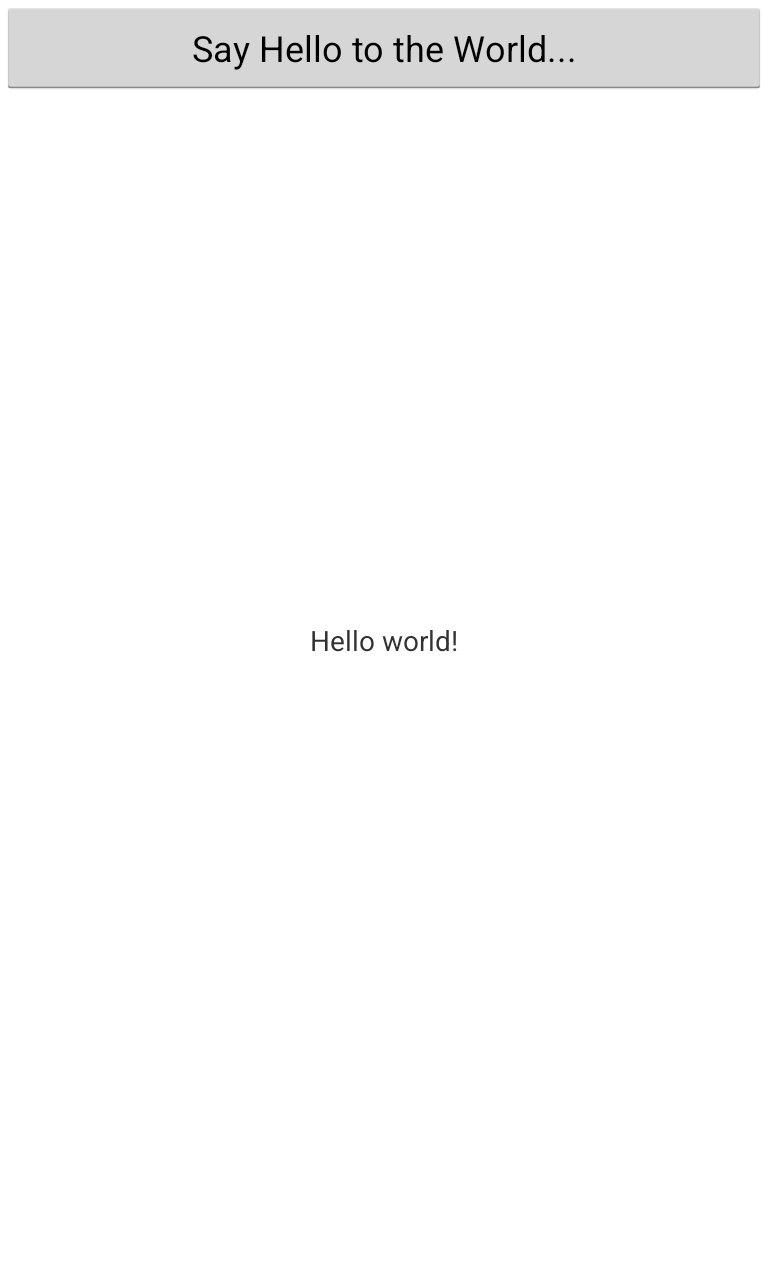
Repository: lnplnp/wifi-scheduler
Layout: WIFIScheduler/res/layout/activity_main.xml
An editor plug-in stored every save of this project. The layout is shown before and after the next save, followed by the edit.
It is drawn on a 768 x 1280 px phone screen (xhdpi) without system bars, with theme AppTheme; the app's code is not run.

Above is the layout before, as saved 2013-01-04 13:44:45.

### WIFIScheduler/res/layout/activity_main.xml
<RelativeLayout xmlns:android="http://schemas.android.com/apk/res/android"
    xmlns:tools="http://schemas.android.com/tools"
    android:layout_width="match_parent"
    android:layout_height="match_parent"
    tools:context=".MainActivity" >

    <TextView
        android:id="@+id/textViewHelloWorld"
        android:layout_width="wrap_content"
        android:layout_height="wrap_content"
        android:layout_centerHorizontal="true"
        android:layout_centerVertical="true"
        android:text="@string/hello_world" />

    <Button
        android:id="@+id/buttonSayHello"
        android:layout_width="wrap_content"
        android:layout_height="wrap_content"
        android:layout_alignParentLeft="true"
        android:layout_alignParentRight="true"
        android:layout_alignParentTop="true"
        android:text="@string/say_hello" />

</RelativeLayout>

### WIFIScheduler/res/values/strings.xml
<?xml version="1.0" encoding="utf-8"?>
<resources>

    <string name="app_name">WIFI Scheduler</string>
    <string name="hello_world">Hello world!</string>
    <string name="menu_settings">Settings</string>
    <string name="say_hello">Say Hello to the World...</string>

</resources>

Loaded but not shown: WIFIScheduler/res/values/styles.xml (common file); WIFIScheduler/res/values-v11/styles.xml (common file); WIFIScheduler/res/values-v14/styles.xml (common file)

After the next save:
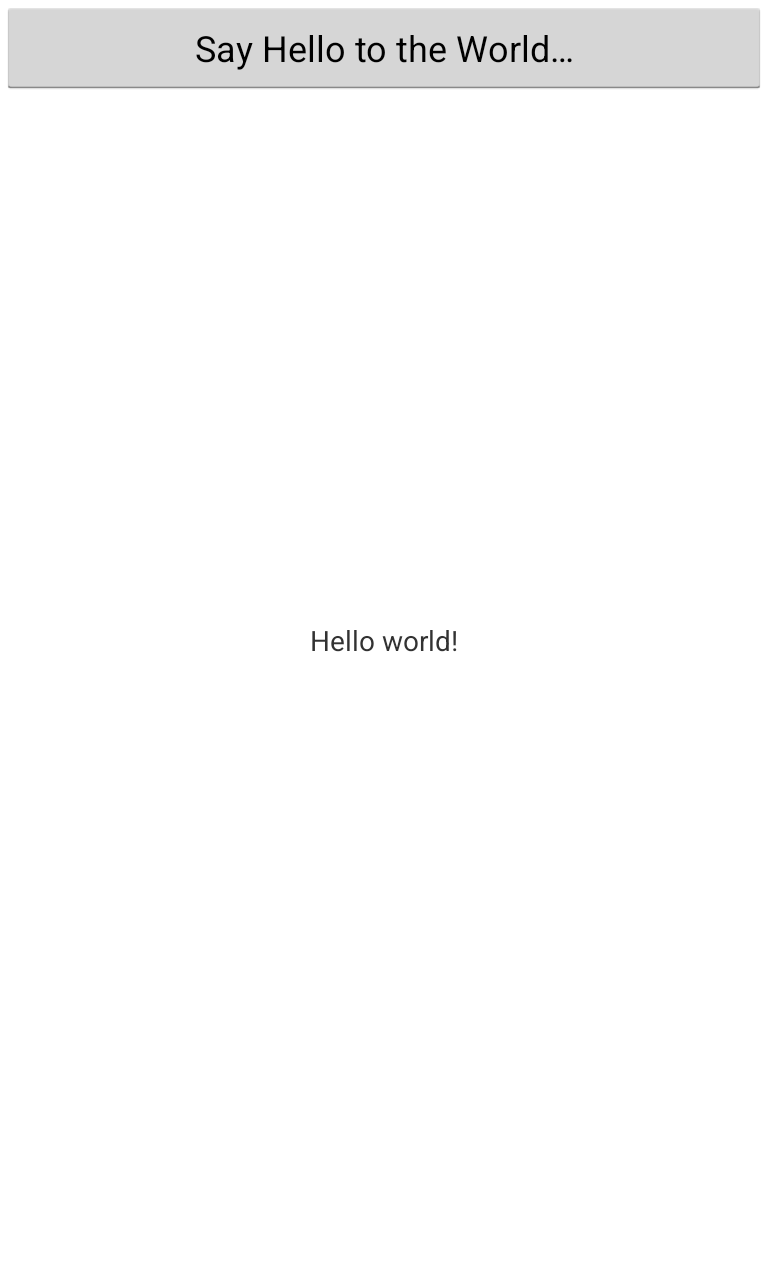
Saved 20 s later.
--- a/WIFIScheduler/res/values/strings.xml
+++ b/WIFIScheduler/res/values/strings.xml
@@ -4,6 +4,6 @@
     <string name="app_name">WIFI Scheduler</string>
     <string name="hello_world">Hello world!</string>
     <string name="menu_settings">Settings</string>
-    <string name="say_hello">Say Hello to the World...</string>
+    <string name="say_hello">Say Hello to the World&#8230;</string>
 
 </resources>
